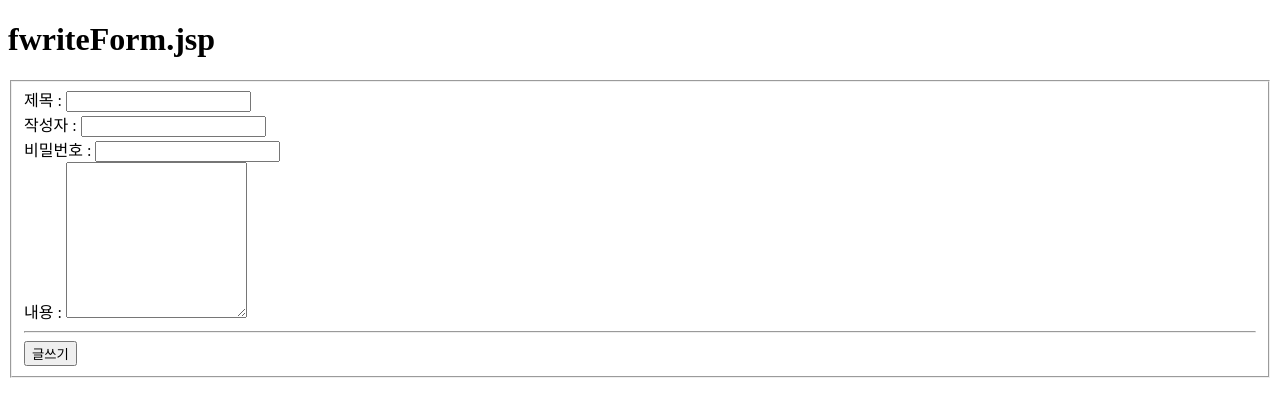
Repository: touslessoirs/jsp
Page: http://localhost/JSP_STUDY/STUDY_board/fwriteForm.jsp
The author's editor kept a copy of each file at every save. The page is drawn from the files as they stood at one save, then again after the next save.
The browser window is 1280 px wide. The pictures show the whole page.
The page is served by Tomcat 9. Other server files are loaded and not shown.

Above is the page before, as saved 2022-10-11 11:42:33.

### JSP_STUDY/src/main/webapp/STUDY_board/fwriteForm.jsp
<%@ page language="java" contentType="text/html; charset=UTF-8"
    pageEncoding="UTF-8"%>
<!DOCTYPE html>
<html>
<head>
<meta charset="UTF-8">
<title>Insert title here</title>
</head>
<body>
	<h1>fwriteForm.jsp</h1>

	<fieldset>
	    <form action="writePro.jsp" method="post">
	        제목 : <input type="text" name="subject"><br>
	        작성자 : <input type="text" name="name"><br>
	        비밀번호 : <input type="password" name="pass"><br>
	        내용 : <textarea rows="10" cols="20" name="content"></textarea>
	        <hr>
	        <input type="submit" value="글쓰기">
	    </form>
	</fieldset>
</body>
</html>

After the next save:
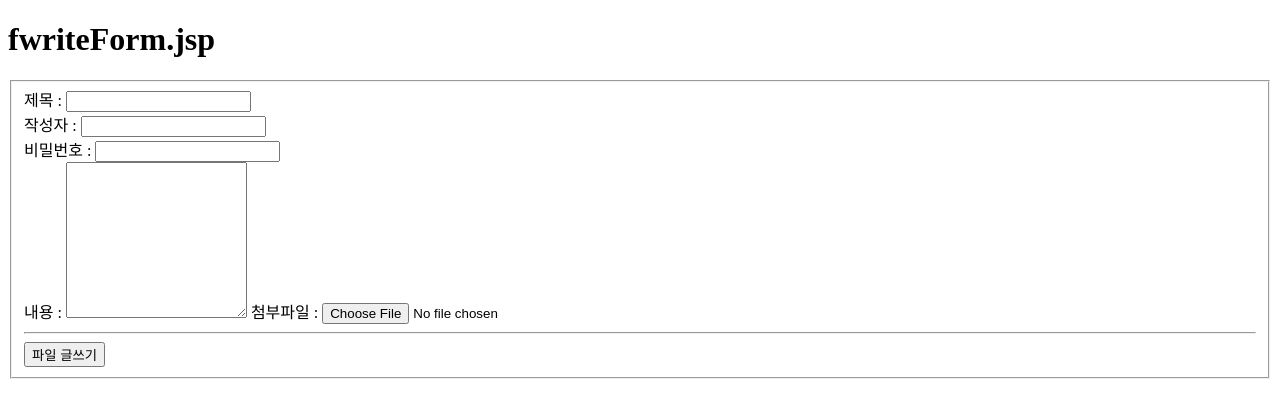
Saved 25 s later.
--- a/JSP_STUDY/src/main/webapp/STUDY_board/fwriteForm.jsp
+++ b/JSP_STUDY/src/main/webapp/STUDY_board/fwriteForm.jsp
@@ -10,13 +10,14 @@
 	<h1>fwriteForm.jsp</h1>
 
 	<fieldset>
-	    <form action="writePro.jsp" method="post">
+	    <form action="fwritePro.jsp" method="post">
 	        제목 : <input type="text" name="subject"><br>
 	        작성자 : <input type="text" name="name"><br>
 	        비밀번호 : <input type="password" name="pass"><br>
 	        내용 : <textarea rows="10" cols="20" name="content"></textarea>
+	        첨부파일 : <input type="file" name="file">
 	        <hr>
-	        <input type="submit" value="글쓰기">
+	        <input type="submit" value="파일 글쓰기">
 	    </form>
 	</fieldset>
 </body>
